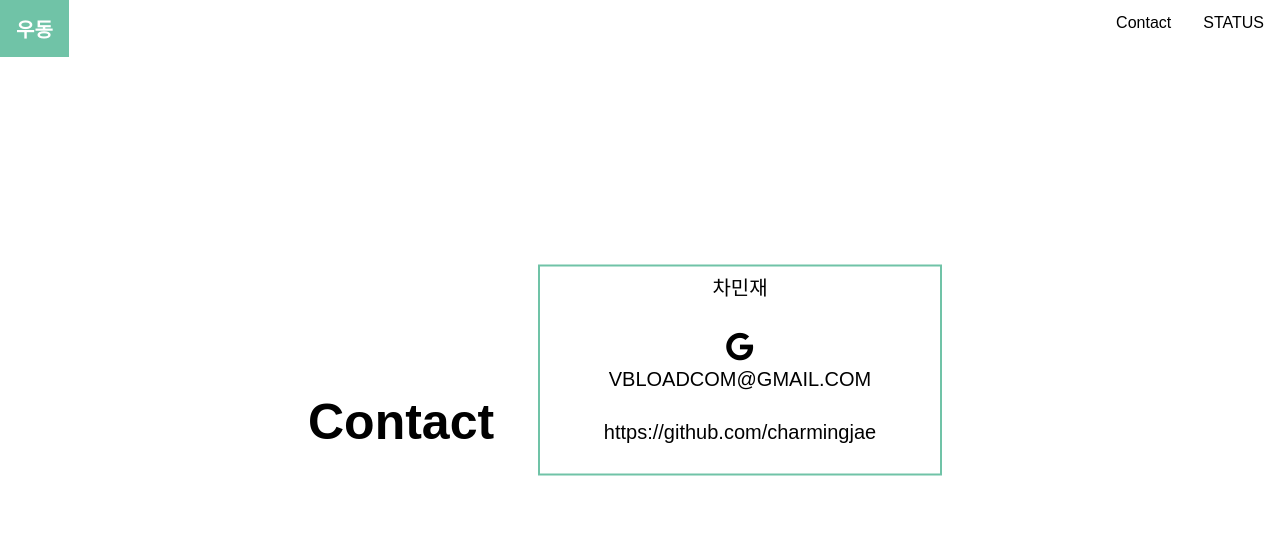
Repository: charmingjae/circles
Page: http://localhost/circles/root/contact.jsp
The author's editor kept a copy of each file at every save. The page is drawn from the files as they stood at one save, then again after the next save.
The browser window is 1280 px wide. The pictures show the whole page.
Some web fonts or font styles are not loaded; a fallback is used. The page is served by Tomcat 9. Other server files are loaded and not shown.

Above is the page before, as saved 2020-07-09 15:10:45.

### circles/WebContent/root/contact.jsp
<%@ page language="java" contentType="text/html; charset=UTF-8"
    pageEncoding="UTF-8"%>
<!DOCTYPE html>
<html>
<head>
	<meta charset="UTF-8">
	<title>MOJUK</title>

	<!-- Link contact.css -->
	<link href="../css/contact.css" rel="stylesheet" type="text/css">

	<!-- font-awesome link -->
	 <link rel="stylesheet" type="text/css" href="https://maxcdn.bootstrapcdn.com/font-awesome/4.7.0/css/font-awesome.min.css">
</head>
<body>
	<!-- include header -->
	<%@include file ="../navbar/navbar.jsp" %>

	<form onsubmit="return false;" action="wrInfo.jsp" class="container" method="post" name="frmStuNo">
		<div class="container">
			<span id="head"> Contact </span>
			<div class="main">
				<span id="showEtc"> 차민재 </span>
				<i class="fa fa-google fa-2x" aria-hidden="true"></i>
				<span id="showEtc"> VBLOADCOM@GMAIL.COM  </span>
				<span id="showEtc"> https://github.com/charmingjae</span>
			</div>
		</div>
	</form>
</body>
</html>

### circles/WebContent/navbar/navbar.jsp
<%@ page language="java" contentType="text/html; charset=UTF-8"
    pageEncoding="UTF-8"%>
<!DOCTYPE html>
<html>
<head>
<meta charset="UTF-8">
<title></title>

	<!-- Link navbar.css -->
	<link href="../css/navbar.css" rel="stylesheet" type="text/css">
</head>
	<%
		String getSession = (String)session.getAttribute("userID");
	%>
<body>
	<ul id="main-menu">
		<li class="headName" id="main-menu1"><a href="../root/index.jsp" class="headName">우동</a></li>
		<%
			if((getSession != null) && (getSession.isEmpty() == false)){
				%>
				<li style="float:right" id="main-menu2"><a class="active" href="../root/admPg.jsp"><%=getSession %>님 환영합니다.</a>
					<ul id="sub-menu">
						<li><a class="subAct" href="../mojuk/member.jsp">🍀동아리원🍀</a></li>
						<li><a class="subAct" href="../proc/logout.jsp">로그아웃</a></li>
					</ul>
				</li>
				<%
			}
			else{

				%>
				<li style="float:right"><a class="active" href="../root/status.jsp">STATUS</a></li>
				<%
			}
		%>
		<li style="float:right"><a class="active" href="../root/contact.jsp">Contact</a></li>
	</ul>
</body>
</html>

### circles/WebContent/css/contact.css
@charset "UTF-8";


@import url(https://cdn.jsdelivr.net/gh/moonspam/NanumSquare@1.0/nanumsquare.css);

body {
    font-family: 'NanumSquare', sans-serif;
}

/* Chrome, iex, fire-fox Settings */
input:-ms-input-placeholder {color:#a8a8a8;}
input::-webkit-input-placeholder{color:#a8a8a8;}
input::-moz-placeholder{columns: #a8a8a8;}

/* Head Comment */
/* 나중에 px단위를 가변 단위로 바꿀 수 있으면 좋겠다. :-) */

html,body{
	height: 100%;
}

body{
	display:table-cell;
	margin: 0 auto;
}

/* .container{
	height: 100%;
	display: table-cell;
	vertical-align: middle;
	text-align:center;
} */

.container{
	display:inline-block;
	width:100%;
	position:absolute;
	left:50%;
	top:50%;
	transform: translate(-50%, -50%);
	vertical-align: middle;
	text-align:center;
}


/* Contact 관련 css */
#head{
	font-size: 50px;
	font-weight: bold;
}


/* 학번 입력 div Settings */
div .main{
	margin-left: 30px;
	margin-right: 30px;
	display:inline-block;
    height:100%;
    width: 400px;
    border: 2px solid #70c3a7;
    background: #ffffff;
    margin-top: 20px;
}


#showEtc{
	font-size:20px;
	display:block;
	margin-top : 5px;
	margin-bottom: 30px;
}

### circles/WebContent/css/navbar.css
@charset "UTF-8";

@import url(https://cdn.jsdelivr.net/gh/moonspam/NanumSquare@1.0/nanumsquare.css);

body {
    font-family: 'NanumSquare', sans-serif;
}

ul{
	width:100%;
	list-style-type: none;
	margin: 0;
	padding: 0;
	background-color: #ffffff;
	position:fixed;
}

li {
	float:none;
}

a {

  display: inline-block;
  color: black;
  text-align: center;
  padding: 14px 16px;
  text-decoration: none;
}

/* Change the link color to #111 (black) on hover */
a:hover {
  background-color: #70c3a7;
  color:#ffffff;
}

li .headName{
	font-weight: bold;
}

#sub-menu{
	position:absolute;
	opacity: 0;
	visibility: hidden;
}

#main-menu1{
	font-size: 20px;
}

#main-menu1, #main-menu2{
	float:left;
}

#main-menu2:hover #sub-menu{
	opacity:1;
	visibility:visible;
}
.subAct{
	width:130px !important;
}

After the next save:
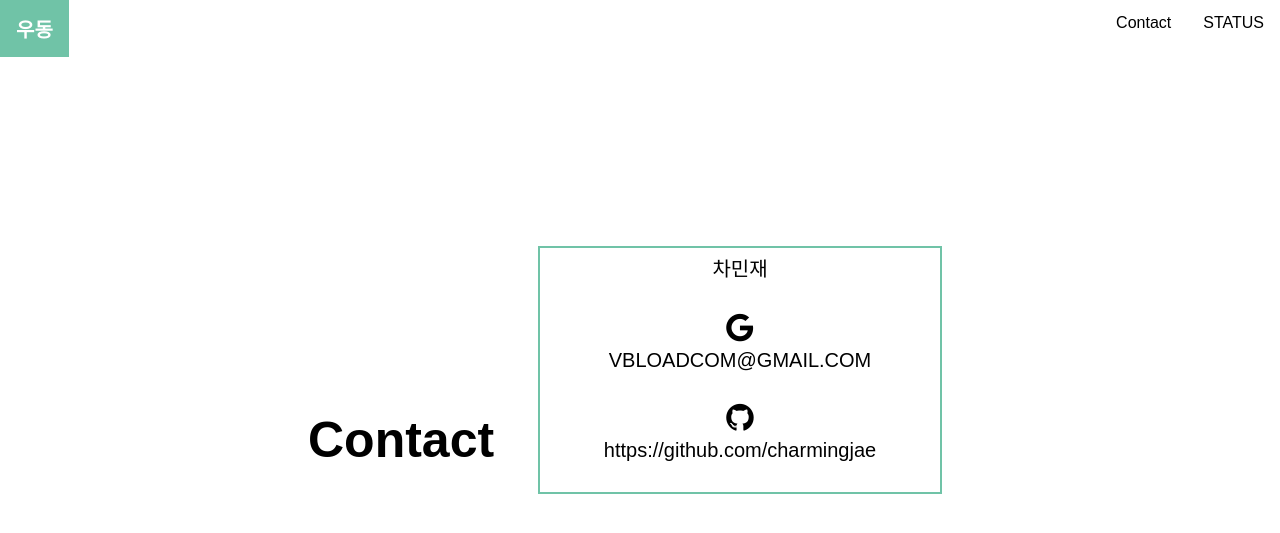
Saved 1 s later.
--- a/circles/WebContent/root/contact.jsp
+++ b/circles/WebContent/root/contact.jsp
@@ -23,6 +23,7 @@
 				<span id="showEtc"> 차민재 </span>
 				<i class="fa fa-google fa-2x" aria-hidden="true"></i>
 				<span id="showEtc"> VBLOADCOM@GMAIL.COM  </span>
+				<i class="fa fa-github fa-2x" aria-hidden="true"></i>
 				<span id="showEtc"> https://github.com/charmingjae</span>
 			</div>
 		</div>
